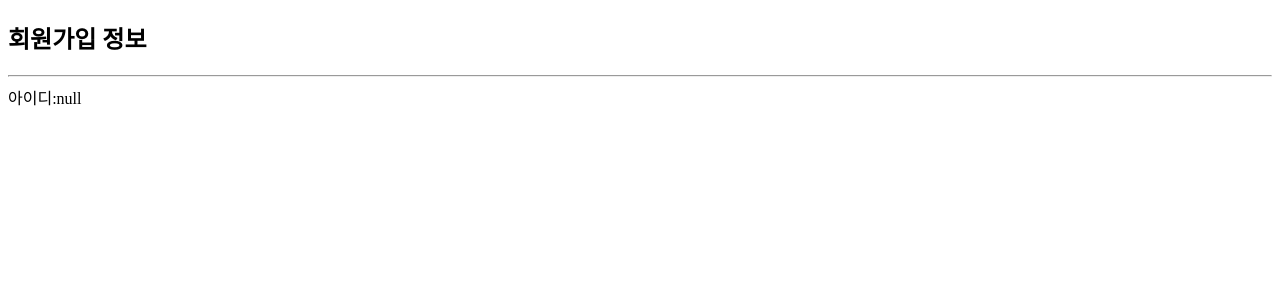
Repository: dongseon-git/WEB_JSP
Page: http://localhost/studyhtml5/jsp/j04/processJoining.jsp
The author's editor kept a copy of each file at every save. The page is drawn from the files as they stood at one save, then again after the next save.
The browser window is 1280 px wide. The pictures show the whole page.
The page is served by Tomcat 9. Nobody is signed in. The application's start-up code is not run. Other server files are loaded and not shown.

Above is the page before, as saved 2022-05-19 00:41:02.

### workspace/studyhtml5/WebContent/jsp/j04/processJoining.jsp
<%@ page language="java" contentType="text/html; charset=UTF-8"
    pageEncoding="UTF-8"%>
<%
request.setCharacterEncoding("utf-8");
%>
<!-- MemberInfo  memberInfo = new MemberInfo() -->
<jsp:useBean id="memberInfo" class="com.pcwk.j04.MemberInfo"/>
<jsp:setProperty name="memberInfo" property="*"/>
<!-- 비번 -->
<jsp:setProperty property="password" name="memberInfo" value="<%=memberInfo.getId() %>"/>

<!DOCTYPE html>
<html>
<head>
<meta charset="UTF-8">
<title>Insert title here</title>
</head>
<body>
<h2>회원가입 정보</h2>
<hr/>
아이디:<%= memberInfo.getId() %><br/>
</body>
</html>

### workspace/studyhtml5/src/com/pcwk/j04/MemberInfo.java
package com.pcwk.j04;

public class MemberInfo {

	private String id;        //회원ID
	private String password;  //회원비번
	private String name; 		//이름
	private String registerDate; //가입일
	private String email;   //이메일

	public MemberInfo() {}

	public String getId() {
		return id;
	}

	public void setId(String id) {
		this.id = id;
	}

	public String getPassword() {
		return password;
	}

	public void setPassword(String password) {
		this.password = password;
	}

	public String getName() {
		return name;
	}

	public void setName(String name) {
		this.name = name;
	}

	public String getRegisterDate() {
		return registerDate;
	}

	public void setRegisterDate(String registerDate) {
		this.registerDate = registerDate;
	}

	public String getEmail() {
		return email;
	}

	public void setEmail(String email) {
		this.email = email;
	}

	@Override
	public String toString() {
		return "MemberInfo [id=" + id + ", password=" + password + ", name=" + name + ", registerDate=" + registerDate
				+ ", email=" + email + "]";
	}

}

After the next save:
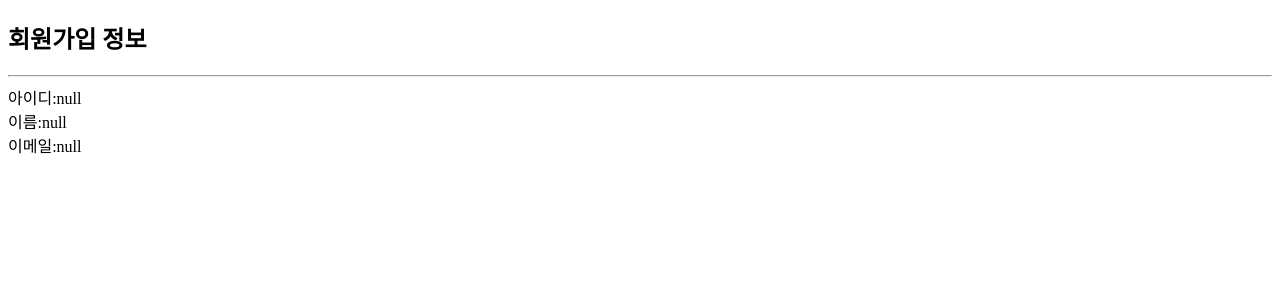
Saved 111 s later.
--- a/workspace/studyhtml5/WebContent/jsp/j04/processJoining.jsp
+++ b/workspace/studyhtml5/WebContent/jsp/j04/processJoining.jsp
@@ -7,7 +7,7 @@ request.setCharacterEncoding("utf-8");
 <jsp:useBean id="memberInfo" class="com.pcwk.j04.MemberInfo"/>
 <jsp:setProperty name="memberInfo" property="*"/>
 <!-- 비번 -->
-<jsp:setProperty property="password" name="memberInfo" value="<%=memberInfo.getId() %>"/>
+<jsp:setProperty name="memberInfo" property="password"  value="<%=memberInfo.getId() %>"/>
 
 <!DOCTYPE html>
 <html>
@@ -19,5 +19,7 @@ request.setCharacterEncoding("utf-8");
 <h2>회원가입 정보</h2>
 <hr/>
 아이디:<%= memberInfo.getId() %><br/>
+이름:<%=memberInfo.getName() %><br/>
+이메일:<%=memberInfo.getEmail() %>
 </body>
 </html>
